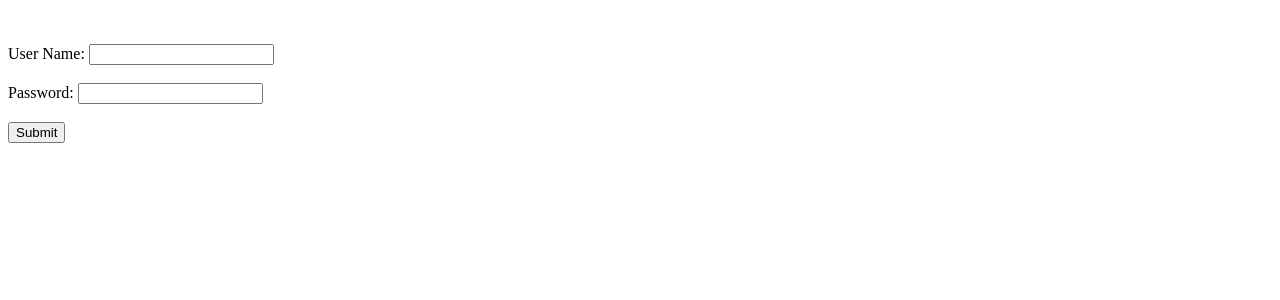
Repository: J2EEBeliever/ISA681_Poker2
Page: http://localhost/StrutsAjax/UserRegistration.jsp
These files come from the project's save history. The page is drawn as it stood at one moment and after the next save; the edit follows.
The browser window is 1280 px wide. The pictures show the whole page.
The page is served by Tomcat 9. Nobody is signed in. The application's start-up code is not run. Other server files are loaded and not shown.

Above is the page before, as saved 2015-11-29 22:26:12.

### SOURCE/StrutsAjax/WebContent/UserRegistration.jsp
<%@ page language="java" contentType="text/html; charset=ISO-8859-1"
    pageEncoding="ISO-8859-1"%>
<!DOCTYPE html PUBLIC "-//W3C//DTD HTML 4.01 Transitional//EN" "http://www.w3.org/TR/html4/loose.dtd">
<html>
<head>
<meta http-equiv="Content-Type" content="text/html; charset=ISO-8859-1">
<title>Logon to Five Card Stud Poker</title>
</head>



<body>
<form action="${pageContext.request.contextPath}/logonToFiveCardStudPoker.html"  name="logonFiveCardStudPokerForm">
<BR><BR>User Name: <input type="text" name="userName" value="">
<BR><BR>Password: <input type="password" name="password" value="">
<BR><BR><input type="submit" name="submit">
</form>
</body>
</html>

After the next save:
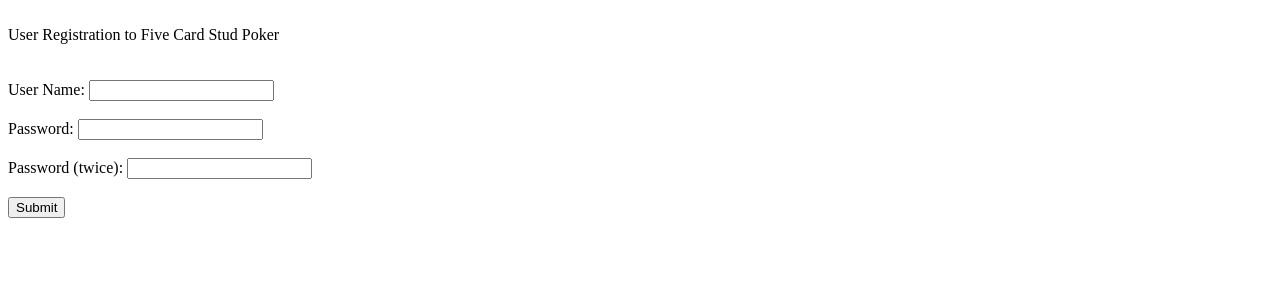
Saved 7 min 1 s later.
--- a/SOURCE/StrutsAjax/WebContent/UserRegistration.jsp
+++ b/SOURCE/StrutsAjax/WebContent/UserRegistration.jsp
@@ -4,15 +4,19 @@
 <html>
 <head>
 <meta http-equiv="Content-Type" content="text/html; charset=ISO-8859-1">
-<title>Logon to Five Card Stud Poker</title>
+<title>User Registration to Five Card Stud Poker</title>
 </head>
 
 
 
 <body>
+<BR>
+User Registration to Five Card Stud Poker<BR>
+
 <form action="${pageContext.request.contextPath}/logonToFiveCardStudPoker.html"  name="logonFiveCardStudPokerForm">
 <BR><BR>User Name: <input type="text" name="userName" value="">
-<BR><BR>Password: <input type="password" name="password" value="">
+<BR><BR>Password: <input type="password" name="password1" value="">
+<BR><BR>Password (twice): <input type="password2" name="password2" value="">
 <BR><BR><input type="submit" name="submit">
 </form>
 </body>
